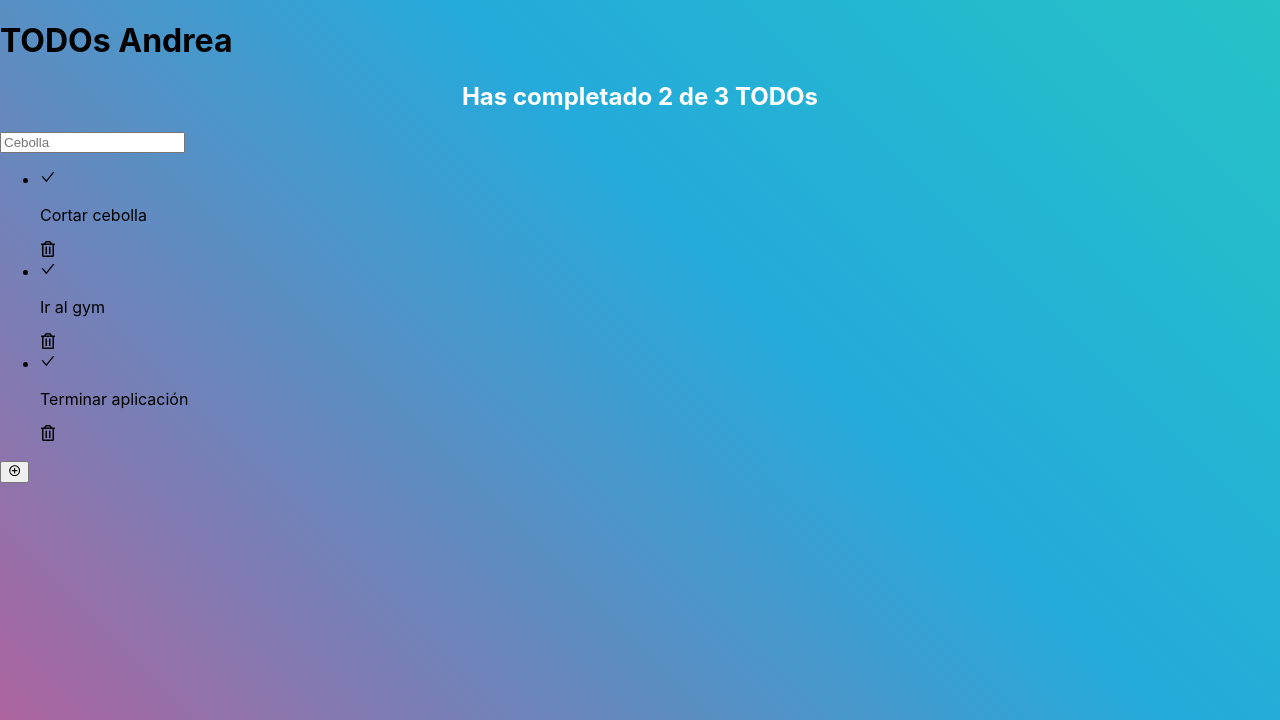
Repository: Pandrea-hub/TODOs
Page: /
These files come from the project's save history. The page is drawn as it stood at one moment and after the next save; the edit follows.
The browser window is 1280 px wide. The pictures show the whole page.
The project was rebuilt for these pictures with package versions that can differ from the ones it lists, and the page was loaded fresh each time. Also part of the build but not shown: src/TodoItem.css.

Above is the page before, as saved 2022-06-07 09:12:53.

### src/index.js
import React from 'react';
import ReactDOM from 'react-dom/client';
import './index.css';
import App from './App';


const root = ReactDOM.createRoot(document.getElementById('root'));
root.render(
  <App/>
);

### src/index.css
body {
  margin: 0;
  font-family: -apple-system, BlinkMacSystemFont, 'Segoe UI', 'Roboto', 'Oxygen',
    'Ubuntu', 'Cantarell', 'Fira Sans', 'Droid Sans', 'Helvetica Neue',
    sans-serif;
  -webkit-font-smoothing: antialiased;
  -moz-osx-font-smoothing: grayscale;
}

code {
  font-family: source-code-pro, Menlo, Monaco, Consolas, 'Courier New',
    monospace;
}

#root{
  width: 100%;
  height: 100%;
  position: absolute;
  background: linear-gradient(45deg,#F17C58, #E94584, #24AADB , #27DBB1,#FFDC18, #FF3706);
  background-size: 600% 100%;
  animation: gradient 16s linear infinite;
  animation-direction: alternate;
}

@keyframes gradient {
  0% {background-position: 0%}
  100% {background-position: 100%}
}

### src/App.js
//import './App.css';
import React from 'react';
import { TodoCounter } from './TodoCounter';
import { TodoItem } from './TodoItem';
import { CreateTodoButton } from './CreateTodoButton';
import { TodoList } from './TodoList';
import { TodoSearch } from './TodoSearch';


const todos = [
  {text: 'Cortar cebolla',completed: false},
  {text: 'Ir al gym',completed: false},
  {text: 'Terminar aplicación',completed: false},
]


function App() {
  return (
    <React.Fragment>
      <TodoCounter />
      <TodoSearch />


      <TodoList>
        {todos.map(todo =>(
          <TodoItem key={todo.text} text={todo.text} completed={todo.completed}/>
        ))}
      </TodoList>
      <CreateTodoButton />
    </React.Fragment>

  );
}

export default App;

### src/TodoCounter.js
import React from 'react';
import './TodoCounter.css';

function TodoCounter(){
    return (
        <div className='title'>
            <h1>TODOs Andrea</h1>
            <h2 className='TodoCounter'>Has completado 2 de 3 TODOs</h2>
        </div>
    );
}

export { TodoCounter };

### src/TodoItem.js
import React from 'react';
import './TodoItem.css';
import {AiOutlineCheck} from 'react-icons/ai';
import {FaRegTrashAlt} from 'react-icons/fa';

function TodoItem(props){
    return (
        <li className='TodoItem'>
            <span className={`Icon Icon-check ${props.completed && 'Icon-check--activate' }`}>
                <AiOutlineCheck />
            </span>
            <p className={`TodoItem-p ${props.completed && 'TodoItem-p--complete'}`}>
                {props.text}
            </p>
            <span className='Icon Icon-delete'>
               <FaRegTrashAlt />
            </span>
        </li>
    );

}

export {TodoItem};

### src/CreateTodoButton.js
import React from 'react';
import {IoMdAddCircleOutline} from 'react-icons/io';

function CreateTodoButton(props){
    return(
        <button>
            <IoMdAddCircleOutline />
        </button>
    );
}

export {CreateTodoButton};

### src/TodoList.js
import React from "react";


function TodoList(props){
    return(
        <section>
            <ul>
                {props.children}
            </ul>
        </section>

    );
}


export {TodoList};

### src/TodoSearch.js
import React from 'react';


function TodoSearch(){
    return(
        <input placeholder="Cebolla" />
    );
}

export { TodoSearch};

### src/TodoCounter.css
.TodoCounter{
    text-align: center;
    color:white;
}

Loaded but not shown: public/index.html (common file)

After the next save:
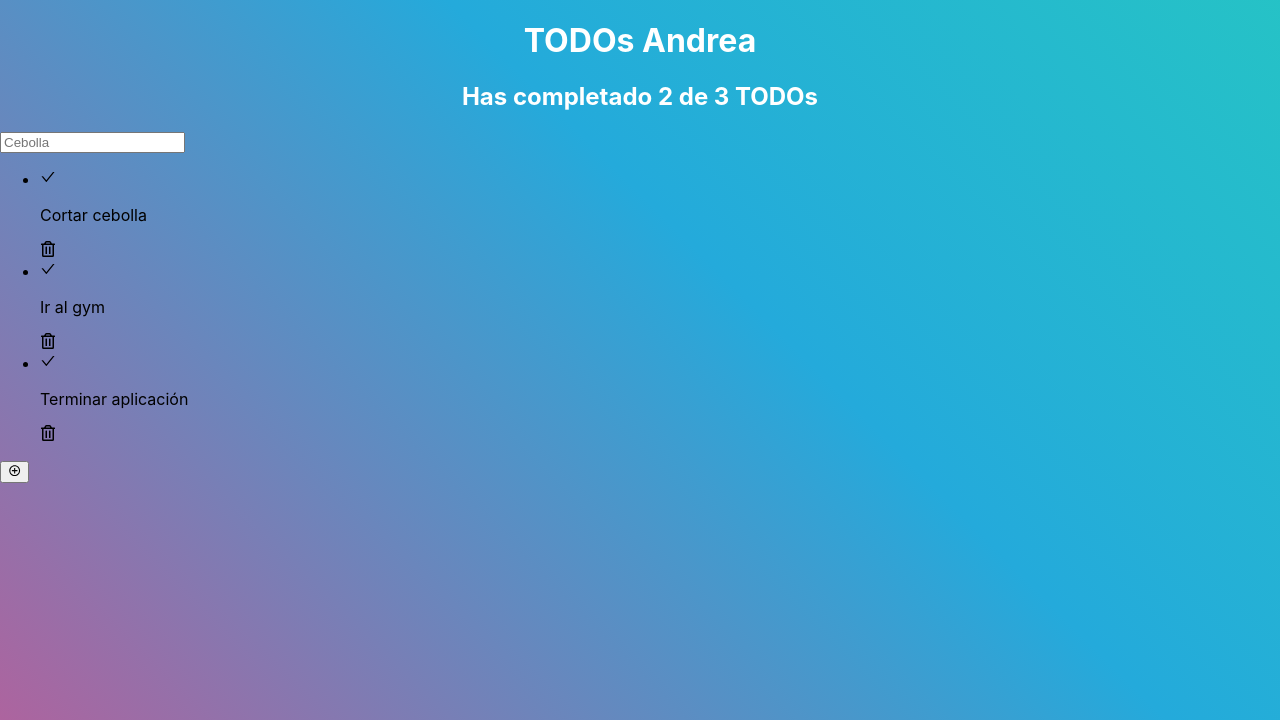
Saved 14 s later.
--- a/src/TodoCounter.css
+++ b/src/TodoCounter.css
@@ -1,4 +1,4 @@
-.TodoCounter{
+.title{
     text-align: center;
     color:white;
 }
